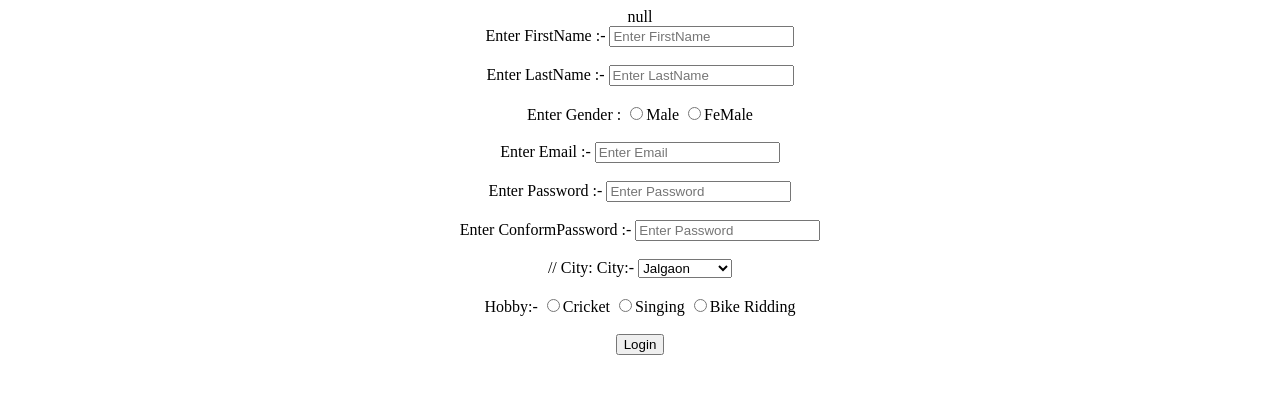
Repository: shzkhar/ISM_ADV_JAVA_23
Page: http://localhost/JSPRegiDemo/Regi.jsp
The author's editor kept a copy of each file at every save. The page is drawn from the files as they stood at one save, then again after the next save.
The browser window is 1280 px wide. The pictures show the whole page.
The page is served by Tomcat 9.

Above is the page before, as saved 2023-04-02 13:23:40.

After the next save:
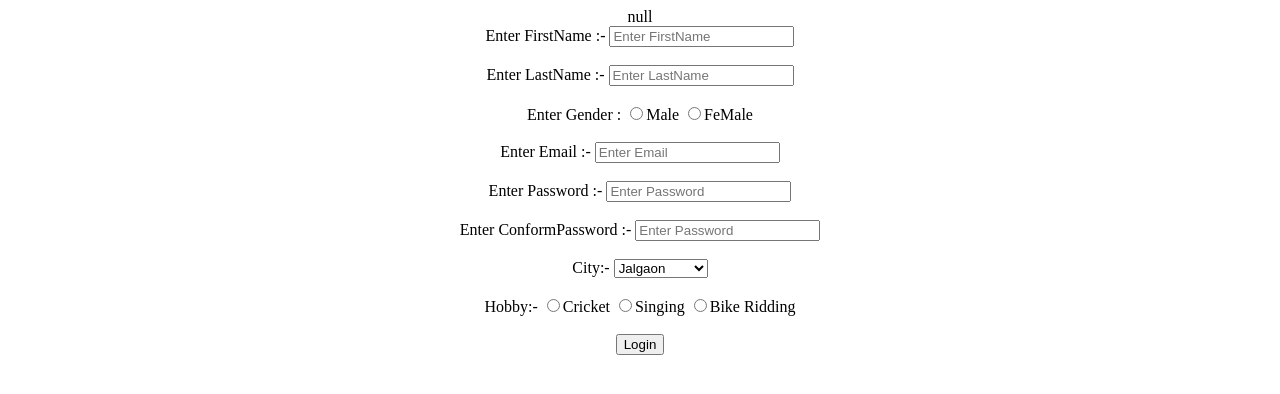
Saved 15 s later.
--- a/JSPRegiDemo/src/main/webapp/Regi.jsp
+++ b/JSPRegiDemo/src/main/webapp/Regi.jsp
@@ -19,7 +19,7 @@
             Enter Password :- <input type="password" name="pass" placeholder="Enter Password"/><br><br>
             Enter ConformPassword :- <input type="password" name="cnfpass" placeholder="Enter Password"/><br><br>
 
-           // <label for="City">City:</label>
+
                  City:-  <select  name="city">
                       <option value="city">Jalgaon</option>
                       <option value=city">Pune</option>
